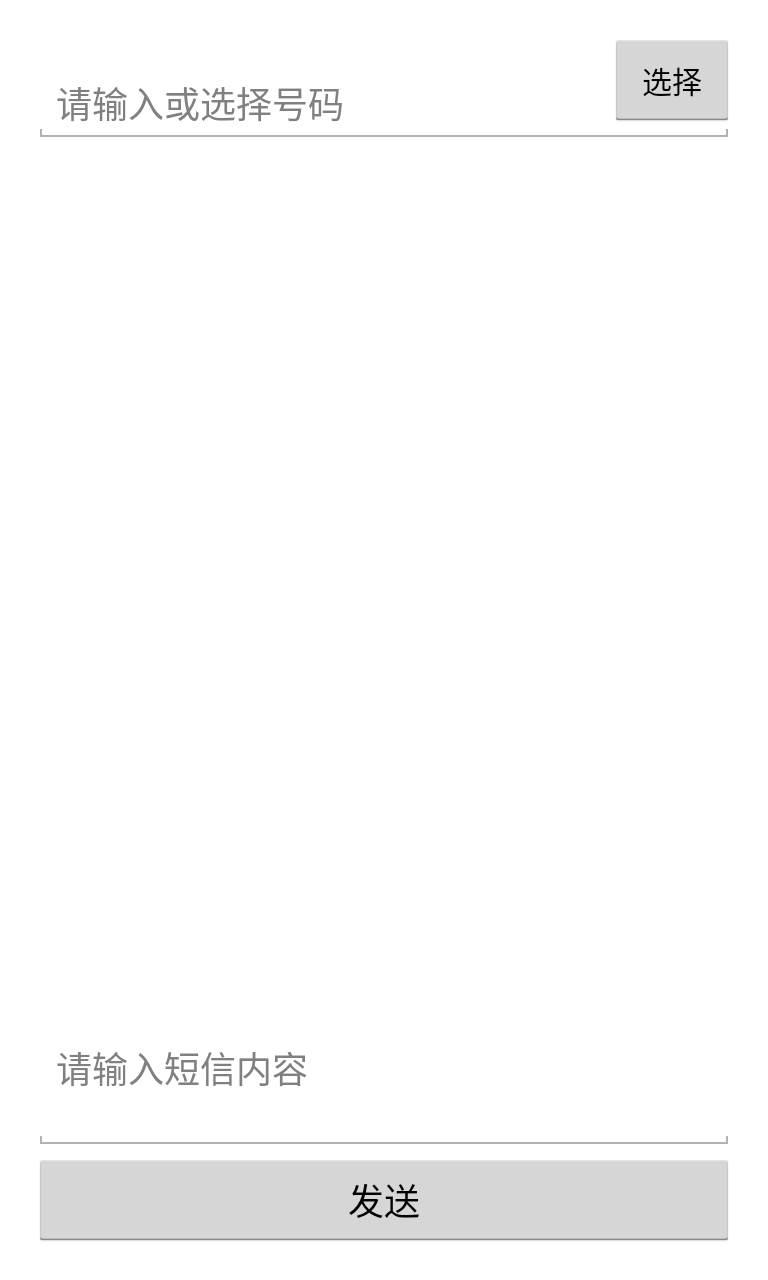
Repository: DongHuaLu/android
Layout: 26SmsSernder/res/layout/activity_main.xml
The author's editor kept a copy of each file at every save. The layout is drawn from the files as they stood at one save, then again after a run of saves.
It is drawn on a 768 x 1280 px phone screen (xhdpi) without system bars, with theme AppTheme; the app's code is not run.

Above is the layout before, as saved 2013-08-29 06:06:00.

### 26SmsSernder/res/layout/activity_main.xml
<RelativeLayout xmlns:android="http://schemas.android.com/apk/res/android"
    xmlns:tools="http://schemas.android.com/tools"
    android:layout_width="match_parent"
    android:layout_height="match_parent"
    android:orientation="vertical"
    android:paddingBottom="@dimen/activity_vertical_margin"
    android:paddingLeft="@dimen/activity_horizontal_margin"
    android:paddingRight="@dimen/activity_horizontal_margin"
    android:paddingTop="@dimen/activity_vertical_margin"
    tools:context=".MainActivity" >

    <RelativeLayout
        android:layout_width="fill_parent"
        android:layout_height="wrap_content" >

        <EditText
            android:id="@+id/etPhoneNumber"
            android:layout_width="fill_parent"
            android:layout_height="wrap_content"
            android:layout_marginTop="15dp"
            android:hint="请输入或选择号码" />

        <Button
            android:layout_width="wrap_content"
            android:layout_height="wrap_content"
            android:layout_alignParentRight="true"
            android:onClick="select"
            android:text="选择"
            android:textSize="15sp" >
        </Button>
    </RelativeLayout>

    <Button
        android:id="@+id/btnSendSms"
        android:layout_width="fill_parent"
        android:layout_height="wrap_content"
        android:layout_alignParentBottom="true"
        android:text="发送" />

    <EditText
        android:layout_width="fill_parent"
        android:layout_height="wrap_content"
        android:layout_above="@id/btnSendSms"
        android:hint="请输入短信内容"
        android:minLines="3" >
    </EditText>

</RelativeLayout>

Loaded but not shown: 26SmsSernder/res/values/styles.xml (common file); 26SmsSernder/res/values-v11/styles.xml (common file); 26SmsSernder/res/values-v14/styles.xml (common file); 26SmsSernder/res/values/dimens.xml (common file)

After the next 2 saves:
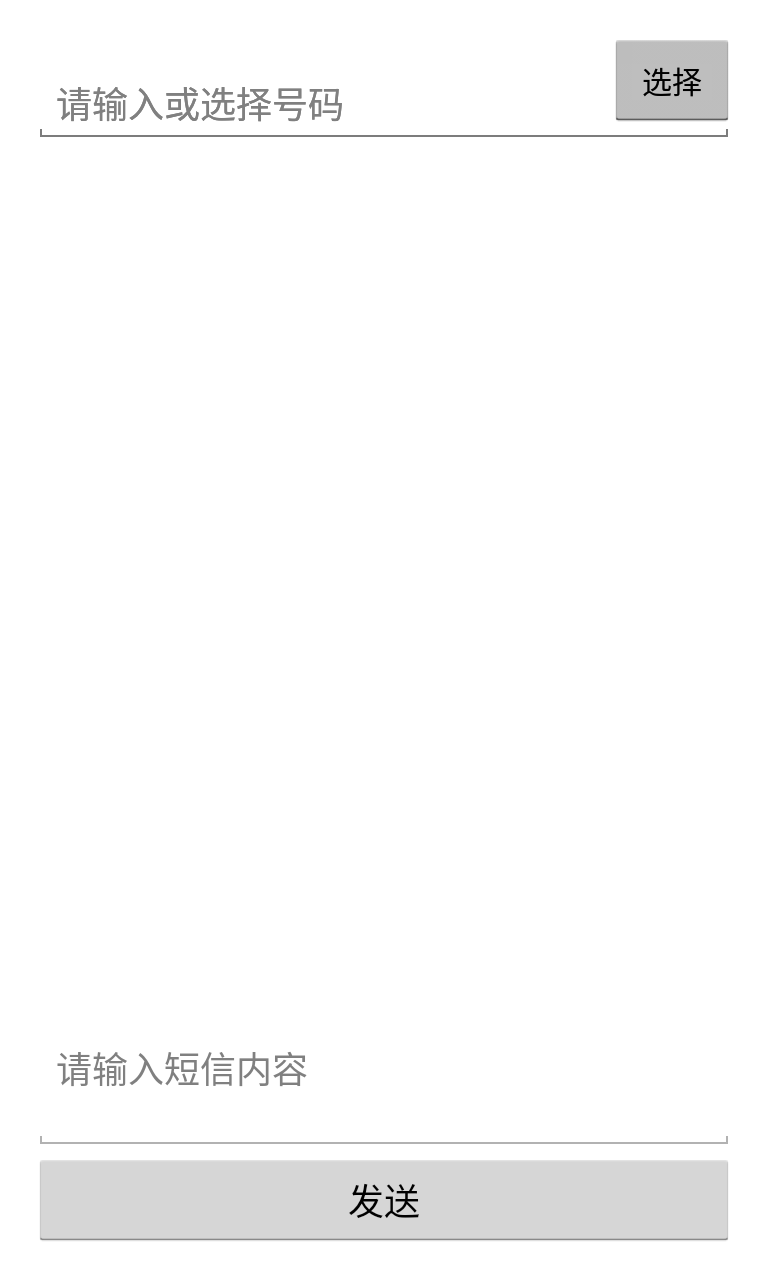
The 2 saves are shown as one change because they came seconds apart.
The last was saved 10 min 13 s later.
--- a/26SmsSernder/res/layout/activity_main.xml
+++ b/26SmsSernder/res/layout/activity_main.xml
@@ -28,6 +28,22 @@
             android:text="选择"
             android:textSize="15sp" >
         </Button>
+
+                <EditText
+            android:id="@+id/etPhoneNumber2"
+            android:layout_width="fill_parent"
+            android:layout_height="wrap_content"
+            android:layout_marginTop="15dp"
+            android:hint="请输入或选择号码" />
+
+        <Button
+            android:layout_width="wrap_content"
+            android:layout_height="wrap_content"
+            android:layout_alignParentRight="true"
+            android:onClick="select2"
+            android:text="选择"
+            android:textSize="15sp" >
+        </Button>
     </RelativeLayout>
 
     <Button
